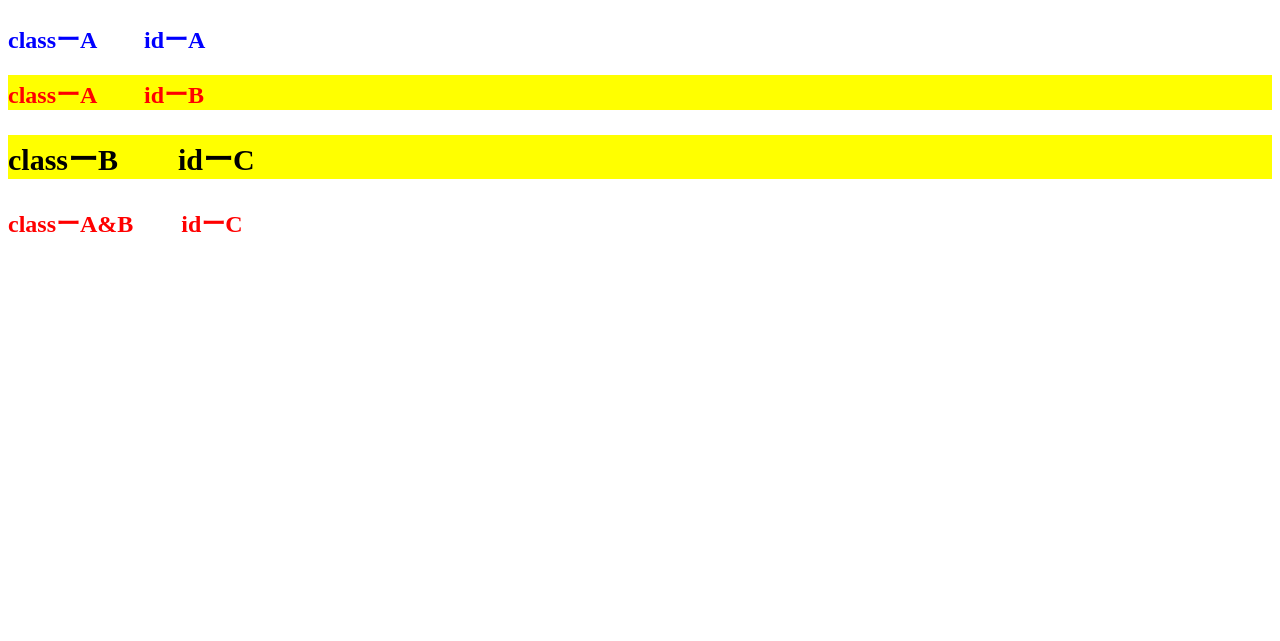
Repository: fukkatsuno-neda/samurai_HTML-CSS
Page: テスト/index.html
The author's editor kept a record of every edit. The page is drawn from the files as they stood at one moment, then again after the next edit.
The browser window is 1280 px wide. The pictures show the whole page.

Above is the page before.

### テスト/index.html
<!DOCTYPE html>
<html lang="ja">
<head>
    <meta charset="UTF-8">
    <meta name="viewport" content="width=device-width, initial-scale=1.0">
    <meta http-equiv="X-UA-Compatible" content="ie=edge">
    <title>Document</title>
    <link rel="stylesheet" href="sample.css">
</head>
<body>
    <h2 class="A" id="A">classーA　　idーA</h2>
    <h2 class="A" id="B">classーA　　idーB</h2>
    <h2 class="B" id="B">classーB　　idーC</h2>
    <h2 class="A" "B" >classーA&B　　idーC</h2>
</body>
</html>

### テスト/sample.css
@charset "utf-8";

.A{
    color: red;
}

.B{
    font-size: 30px;
}
#A{
    color: blue;
}
#B{
    background-color: yellow;
}

After the next edit:
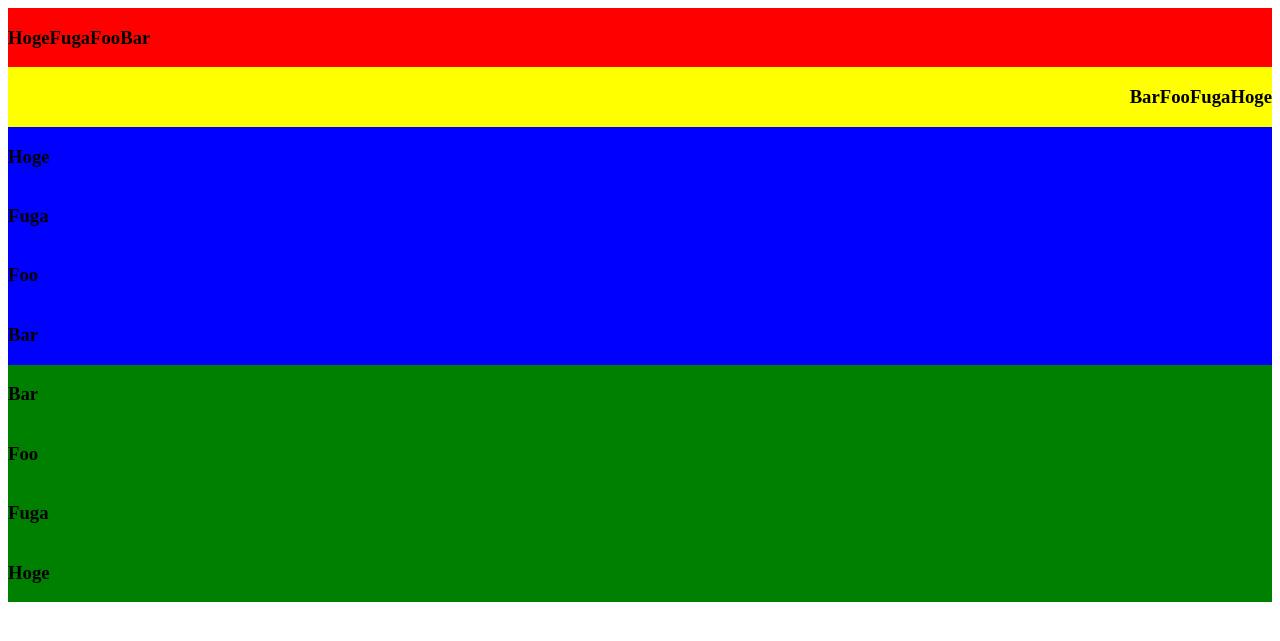
The edit:
--- a/テスト/index.html
+++ b/テスト/index.html
@@ -1,16 +1,62 @@
 <!DOCTYPE html>
 <html lang="ja">
-<head>
-    <meta charset="UTF-8">
-    <meta name="viewport" content="width=device-width, initial-scale=1.0">
-    <meta http-equiv="X-UA-Compatible" content="ie=edge">
-    <title>Document</title>
-    <link rel="stylesheet" href="sample.css">
-</head>
-<body>
-    <h2 class="A" id="A">classーA　　idーA</h2>
-    <h2 class="A" id="B">classーA　　idーB</h2>
-    <h2 class="B" id="B">classーB　　idーC</h2>
-    <h2 class="A" "B" >classーA&B　　idーC</h2>
+    <head>
+        <meta charset="utf-8">
+        <style>
+            #sort {
+                display: flex;
+                flex-direction: row;
+                background-color: red;
+            }
+
+            #reverse {
+                display: flex;
+                flex-direction: row-reverse;
+                background-color: yellow;
+            }
+
+            #column {
+                display: flex;
+                flex-direction: column;
+                background-color: blue;
+            }
+
+            #column-reverse {
+                display: flex;
+                flex-direction: column-reverse;
+                background-color: green;
+            }
+        </style>
+    </head>
+    <body>
+        <div id="sort">
+            <h3>Hoge</h3>
+            <h3>Fuga</h3>
+            <h3>Foo</h3>
+            <h3>Bar</h3>
+        </div>
+
+        <div id="reverse">
+            <h3>Hoge</h3>
+            <h3>Fuga</h3>
+            <h3>Foo</h3>
+            <h3>Bar</h3>
+        </div>
+
+        <div id="column">
+            <h3>Hoge</h3>
+            <h3>Fuga</h3>
+            <h3>Foo</h3>
+            <h3>Bar</h3>
+        </div>
+
+        <div id="column-reverse">
+            <h3>Hoge</h3>
+            <h3>Fuga</h3>
+            <h3>Foo</h3>
+            <h3>Bar</h3>
+        </div>
+    </body>
+</html>
 </body>
 </html>
